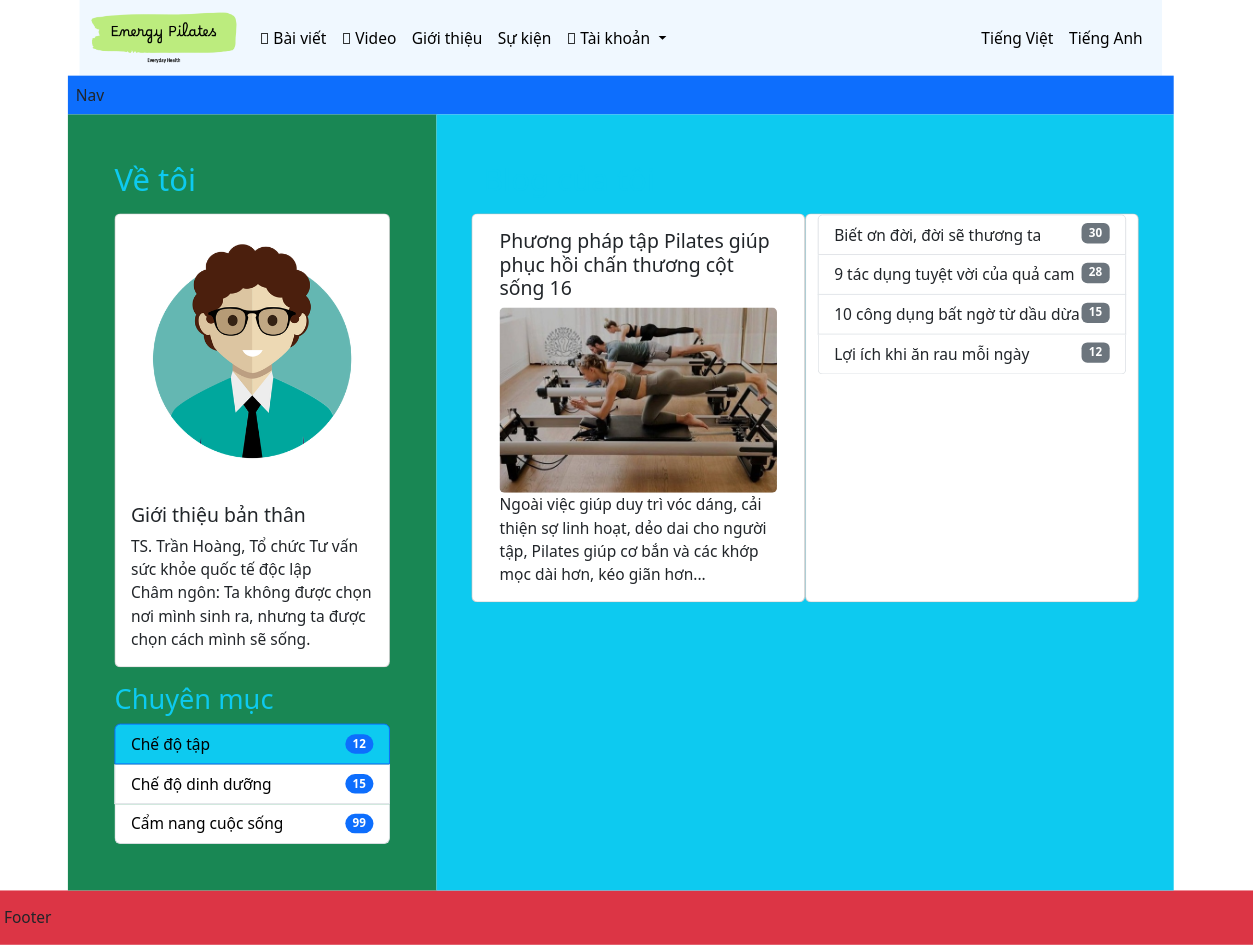
Repository: KizukoHeiwa/SOF308
Page: Lab1/index.html
These files come from the project's save history. The page is drawn as it stood at one moment and after the next save; the edit follows.
The browser window is 1280 px wide. The page is 1292 px wide, so the pictures cover 1292 px, including what lies to the right of the window. The pictures show the whole page, at 97% of full size.

Above is the page before, as saved 2024-10-31 10:33:09.

After the next save:
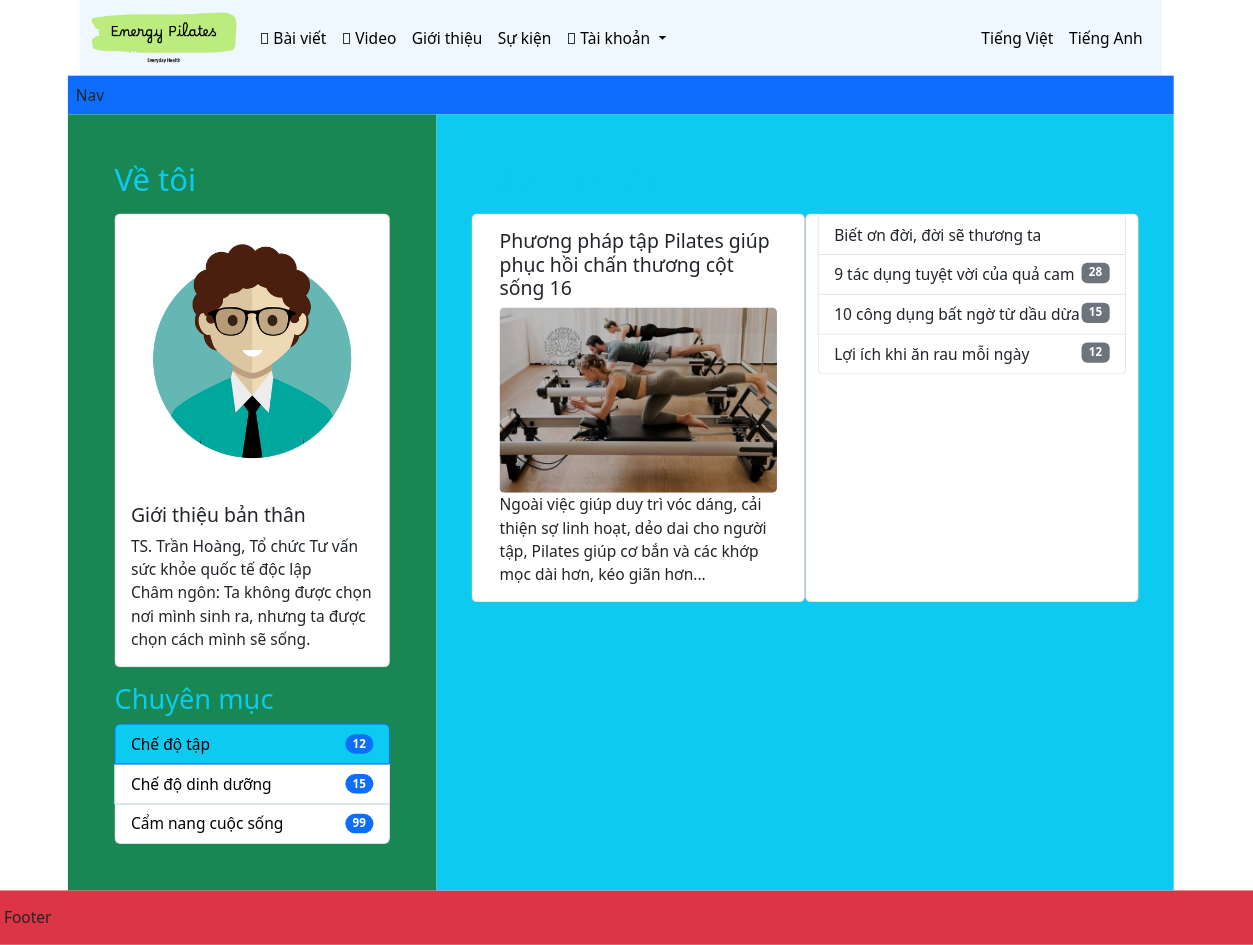
Saved 34 s later.
--- a/Lab1/index.html
+++ b/Lab1/index.html
@@ -116,7 +116,6 @@
                             <ul class="list-group">
                                 <li class="list-group-item d-flex justify-content-between align-items-start">
                                     Biết ơn đời, đời sẽ thương ta
-                                    <span class="badge bg-secondary">30</span>
                                 </li>
                                 <li class="list-group-item d-flex justify-content-between align-items-start">
                                     9 tác dụng tuyệt vời của quả cam
